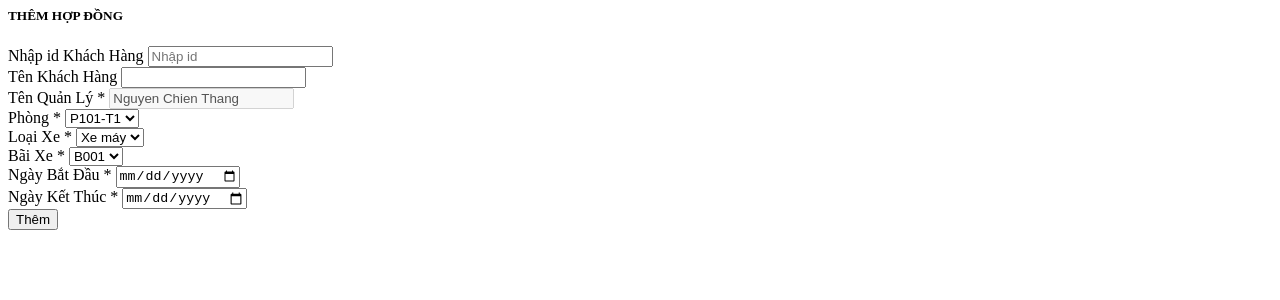
Repository: NguyenChienThangB1910143/QL_ChungCy
Page: http://localhost/hopdong/them
The author's editor kept a copy of each file at every save. The page is drawn from the files as they stood at one save, then again after the next save.
The browser window is 1280 px wide. The pictures show the whole page.
The page is served by the project's Laravel application, run on PHP 8.4 with Laravel 10. The first stored user is signed in. Other server files are loaded and not shown. The database holds what the project's SQL file puts in it. Queries for data that is not in the repository find no rows.

Above is the page before, as saved 2023-08-28 13:02:06.

### routes/web.php
<?php
use App\Http\Controllers\Auth\LogoutController;
use App\Http\Controllers\Auth\LoginController;
use App\Http\Controllers\BaiXeController;
use App\Http\Controllers\HomeController;
use App\Http\Controllers\HopDongController;
use App\Http\Controllers\PhongController;
use App\Http\Controllers\ThongKeController;
use App\Http\Controllers\TaiKhoanController;
use App\Http\Controllers\TangController;
use App\Http\Controllers\ToaController;
use Illuminate\Support\Facades\Route;

/*
|--------------------------------------------------------------------------
| Web Routes
|--------------------------------------------------------------------------
|
| Here is where you can register web routes for your application. These
| routes are loaded by the RouteServiceProvider and all of them will
| be assigned to the "web" middleware group. Make something great!
|
*/

Route::get('/', function () {
    return view('chungcu');
});
//router login
Route::get('/login', [LoginController::class, 'getLogin'])->name('login');;
Route::post('/login', [LoginController::class, 'postLogin'])->name('post-login');
Route::any('/forgotpassword', [LoginController::class, 'forgotpassword'])->name('forgot-password');
Route::group(['middleware' => 'auth'], function () {
    // router home
    Route::get('/', [HomeController::class, 'index'])->name('home');
    Route::get('/logout', [LogoutController::class, 'getLogout'])->name('logout');
    //phong
    Route::get('/phong', [PhongController::class, 'index'])->name('phong');
    Route::get('/phong/them', [PhongController::class, 'them'])->name('phong-them');
    Route::post('/phong/them', [PhongController::class, 'store'])->name('phong-store');
    Route::get('/phong/chinhsua/{id_phong}', [PhongController::class, 'chinhsua'])->name('phong-chinhsua');
    Route::post('/phong/update/{id_phong}', [PhongController::class, 'update'])->name('phong-update');
    // hop dong
    Route::get('/hopdong', [HopDongController::class, 'index'])->name('hopdong');
    Route::get('/hopdong/capnhat/{id_hopdong}', [HopDongController::class, 'capnhat'])->name('hopdong-capnhat');
    Route::post('/hopdong/update/{id_hopdong}', [HopDongController::class, 'update'])->name('hopdong-update');
    Route::get('/hopdong/them', [HopDongController::class, 'them'])->name('hopdong-them');
    Route::post('/hopdong/them', [HopDongController::class, 'store'])->name('hopdong-store');
    Route::get('/hopdong/chitiet/{id_hopdong}', [HopDongController::class, 'chitiet'])->name('hopdong-chitiet');
    // Tang
    Route::get('/tang', [TangController::class, 'index'])->name('tang');
    Route::get('/tang/them', [TangController::class, 'them'])->name('tang-them');
    Route::post('/tang/them', [TangController::class, 'store'])->name('tang-store');
    Route::get('/tang/chinhsua/{id_tang}', [TangController::class, 'chinhsua'])->name('tang-chinhsua');
    Route::post('/tang/update/{id_tang}', [TangController::class, 'update'])->name('tang-update');
    // tai khoan
    Route::get('/taikhoan', [TaiKhoanController::class, 'index'])->name('taikhoan');
    Route::get('/taikhoan/them', [TaiKhoanController::class, 'them'])->name('taikhoan-them');
    Route::post('/taikhoan/them', [TaiKhoanController::class, 'store'])->name('taikhoan-store');
    Route::get('/taikhoan/chinhsua/{id}', [TaiKhoanController::class, 'chinhsua'])->name('taikhoan-chinhsua');
    Route::post('/taikhoan/update/{id}', [TaiKhoanController::class, 'update'])->name('taikhoan-update');
    // thong ke
    Route::get('/thongke', [ThongKeController::class, 'index'])->name('thongke');
    // bai xe
    Route::get('/baixe', [BaiXeController::class, 'index'])->name('baixe');
    Route::get('/baixe/them', [BaiXeController::class, 'them'])->name('baixe-them');
    Route::post('/baixe/them', [BaiXeController::class, 'store'])->name('baixe-store');
    Route::get('/baixe/chinhsua/{id_baixe}', [BaiXeController::class, 'chinhsua'])->name('baixe-chinhsua');
    Route::post('/baixe/update/{id_baixe}', [BaiXeController::class, 'update'])->name('baixe-update');
    //toa
    Route::get('/toa', [ToaController::class, 'index'])->name('toa');
    Route::get('/toa/them', [ToaController::class, 'them'])->name('toa-them');
    Route::post('/toa/them', [ToaController::class, 'store'])->name('toa-store');
    Route::get('/toa/chinhsua/{id_toa}', [ToaController::class, 'chinhsua'])->name('toa-chinhsua');
    Route::post('/toa/update/{id_toa}', [ToaController::class, 'update'])->name('toa-update');

});

### app/Models/User.php
<?php

namespace App\Models;

// use Illuminate\Contracts\Auth\MustVerifyEmail;
use Illuminate\Database\Eloquent\Factories\HasFactory;
use Illuminate\Foundation\Auth\User as Authenticatable;
use Illuminate\Notifications\Notifiable;
use Laravel\Sanctum\HasApiTokens;

class User extends Authenticatable
{
    use HasApiTokens, HasFactory, Notifiable;

    protected $table = 'users';


    protected $primarykey = 'id';

    protected $fillable = [
        'name',
        'ngaysinh',
        'email',
        'sdt',
        'password',
        'quyen',
        'STK'
    ];

    public $timestamps = true;

    /**
     * The attributes that should be cast to native types.
     *
     * @var array
     */

    public function setPasswordAttribute($value)
    {
        $this->attributes['password'] = bcrypt($value);
    }
}

### app/Http/Controllers/HopDongController.php
<?php

namespace App\Http\Controllers;

use App\Http\Controllers\Controller;
use App\Models\BaiXe;
use Illuminate\Http\Request;
use App\Models\HopDong;
use App\Models\User;
use App\Models\Phong;
use Illuminate\Support\Facades\Auth;
use Session;
class HopDongController extends Controller
{
    public function index()
    {
        $title = 'Hợp Đồng';
        $breadcrumbs = [
            [
                'name' => 'Hợp Đồng',
                'link' => './hopdong'
            ]
        ];
        $hopdong = HopDong::join('users as user', 'user.id', '=', 'hopdong.id_user')
                  ->join('users as ql', 'ql.id', '=', 'hopdong.id_ql')
                  ->join('phong', 'phong.id_phong', '=', 'hopdong.id_phong')
                  ->join('baixe', 'baixe.id_baixe', '=', 'hopdong.id_baixe')
                  ->select(
                      'hopdong.*',
                      'user.name as ten_user',
                      'ql.name as ten_ql',
                      'phong.ten as ten_phong',
                      'baixe.ms as ms_baixe'
                  )
                  ->paginate(5);


        return view('hopdong/hopdong', compact('title', 'hopdong', 'breadcrumbs'));
    }
    public function capnhat(Request $request)
    {
        $title = 'Hợp Đồng';

        $breadcrumbs = [
            [
                'name' => 'Hợp đồng',
                'link' => '../'
            ], [
                'name' => 'Cập nhật',
                'link' => './' . $request->id_hopdong
            ]
        ];
        $capnhathopdong = HopDong::join('users as user', 'user.id', '=', 'hopdong.id_user')
        ->join('users as ql', 'ql.id', '=', 'hopdong.id_ql')
        ->join('phong', 'phong.id_phong', '=', 'hopdong.id_phong')
        ->join('baixe', 'baixe.id_baixe', '=', 'hopdong.id_baixe')
        ->select(
            'hopdong.*',
            'user.name as ten_user',
            'ql.name as ten_ql',
            'phong.ten as ten_phong',
            'baixe.ms as ms_baixe'
        )->where('id_hopdong', $request->id_hopdong)->get();

        return view('hopdong/capnhat', compact('title', 'capnhathopdong', 'breadcrumbs'));
    }
    public function update(Request $request)
    {
        // dd($request);
        $user = User::where('name', $request->ten_user)->first();
        $userql= User::Where('name',$request->ten_ql)->first();
        $phong = Phong::where('ten', $request->ten_phong)->first();
        $baixe = Baixe::where('ms', $request->ms_baixe)->first();
        $suahopdong = HopDong::where('id_hopdong', $request->id_hopdong)->update([
            'id_hopdong' => $request->id_hopdong,
            'id_user' => $user->id,
            'id_ql' => $userql->id,
            'id_phong' => $phong->id_phong,
            'id_baixe' => $baixe->id_baixe,
            'ngaybatdau' => $request->ngaybatdau,
            'ngayketthuc' => $request->ngayketthuc,
        ]);
        if ($suahopdong) {
            Session::flash('success', 'Cập nhật thành công.');
            return response()->json(['status' => 'success', 'message' => 'Cập nhật thành công.']);
        }

        return redirect()->route('hopdong')->with('success', 'Sửa không thành công, không được chỉnh sửa mã hợp đồng');
    }
    public function them()
    {
        $title = 'Hợp đồng';
        $breadcrumbs = [
            [
                'name' => 'Hợp đồng',
                'link' => './'
            ], [
                'name' => 'Thêm',
                'link' => './them'
            ]
        ];
        $hopdong = hopdong::get();
        $user =User::get();
        $baixe=BaiXe::get();
        $phong=Phong::get();
        return view('hopdong/them', compact('title', 'breadcrumbs', 'hopdong','user', 'phong', 'baixe'));
    }
    public function store(Request $request)
    {
        // Lấy id người dùng đang đăng nhập
         $id_ql = Auth::user()->id;

        // Lấy id người dùng được chọn từ request

        // Tạo hợp đồng mới
            $addhopdong = new HopDong();

            $addhopdong->id_user = $request->user;
            $addhopdong->id_ql = $id_ql;
            $addhopdong->id_phong = $request->phong;
            $addhopdong->id_baixe = $request->baixe;
            $addhopdong->ngaybatdau = $request->input('ngaybatdau');
            $addhopdong->ngayketthuc = $request->input('ngayketthuc');
            $addhopdong->save();

    // Hiển thị danh sách hợp đồng
    return redirect()->route('hopdong')->with('success', 'Thêm thành công');
}
public function chitiet(Request $request)
{
    $title = 'Hợp đồng';
    $breadcrumbs = [
        [
            'name' => 'Hợp đồng',
            'link' => '../'
        ], [
            'name' => 'Chi tiết',
            'link' => './' . $request->id_hopdong
        ]
    ];
    $chitiethopdong = HopDong::join('users as user', 'user.id', '=', 'hopdong.id_user')
    ->join('users as ql', 'ql.id', '=', 'hopdong.id_ql')
    ->join('phong', 'phong.id_phong', '=', 'hopdong.id_phong')
    ->join('baixe', 'baixe.id_baixe', '=', 'hopdong.id_baixe')
    ->select(
        'hopdong.*',
        'user.name as ten_user',
        'ql.name as ten_ql',
        'phong.ten as ten_phong',
        'baixe.ms as ms_baixe'
    )->where('id_hopdong', $request->id_hopdong)->get();

    return view('hopdong/chitiet', compact('title', 'chitiethopdong', 'breadcrumbs'));
}
}

### app/Models/HopDong.php
<?php

namespace App\Models;

use Illuminate\Database\Eloquent\Factories\HasFactory;
use Illuminate\Database\Eloquent\Model;

class HopDong extends Model
{
    use HasFactory;
    protected $table = 'hopdong';

    protected $primarykey = 'id_hopdong';

    protected $fillable = [
        'id_user',
        'id_phong',
        'id_baixe',
        'ngaybatdau',
        'ngayketthuc'
    ];
    public function hopdong_user()
    {
        return $this->hasOne(User::class, 'id_user' ,'id_user');
    }
    public function hopdong_phong()
    {
        return $this->hasOne(Phong::class, 'id_phong' ,'id_phong');
    }
    public function hopdong_baixe()
    {
        return $this->hasMany(BaiXe::class, 'id_baixe' ,'id_baixe');
    }
}

### app/Models/BaiXe.php
<?php

namespace App\Models;

use Illuminate\Database\Eloquent\Factories\HasFactory;
use Illuminate\Database\Eloquent\Model;

class BaiXe extends Model
{
    use HasFactory;
    protected $table= 'baixe';
    protected $primarykey = 'id_baixe';
    protected $fillable = [
        'ms',
        'loaixe',
        'tinhtrang',
        'gia',
    ];
    public function hopdong()
    {
        return $this->hasOne(HopDong::class, 'id_baixe' ,'id_baixe');
    }
}

### app/Models/Phong.php
<?php

namespace App\Models;

use Illuminate\Database\Eloquent\Factories\HasFactory;
use Illuminate\Database\Eloquent\Model;

class Phong extends Model
{
    use HasFactory;
    protected $table = 'phong';

    protected $primarykey = 'id_phong';

    protected $fillable = [
        'id_tang',
        'ten',
        'tinhtrang',
        'gia'
    ];
    public function phong_tang()
    {
        return $this->belongsTo(Tang::class, 'id_tang' ,'id_tang');
    }
    public function phong_hopdong()
    {
        return $this->hasMany(HopDong::class, 'id_phong', 'id_phong');
    }
}

### resources/views/hopdong/them.blade.php
<!-- Content -->
@csrf

<div class="container col-md-auto mt-2">
    <div class="alert alert-primary">
        <div class="row justify-content-center">
            <h5 class="text-center" id="side12">THÊM HỢP ĐỒNG</h5>
        </div>
        <div class="mb-3 option-user">
                <label class="form-label">Nhập id Khách Hàng</label>
                <input type="text" class="form-control" id="search" placeholder="Nhập id" list="userList" name="user">
                    <datalist id="userList">
                        @foreach($user as $user)
                        <option value="{{$user->id}}-{{$user->name}}">{{ $user->name }}
                        </option>
                        @endforeach
                    </datalist>
                </input>
        </div>
        <div class="mb-3 option-user">
                <label class="form-label">Tên Khách Hàng</label>
                <input type="text" class="form-control" id="search" name="user">
                </input>
        </div>

        <div class="mb-3 option-ql">
            <label class="form-label">Tên Quản Lý
                <span id="colorIcon">*</span>
            </label>
            <input disabled required class="form-control" type="text" name="ten_ql" value="{{Auth::user()->name}}">
        </div>
        <div class="mb-3 option-phong">
            <label class="form-label">Phòng
                <span id="colorIcon">*</span>
            </label>
            <select style="cursor: pointer;" class="form-control" aria-label="Default select example" id="phong" name="phong">
                @foreach($phong as $phong)
                <option value="{{$phong->id_phong}}">{{$phong->ten}}</option>
                @endforeach
            </select>
        </div>
        <div class="mb-3 option-loaixe">
    <label class="form-label">Loại Xe
        <span id="colorIcon">*</span>
    </label>
    <select style="cursor: pointer;" class="form-control" aria-label="Default select example" id="loaixe" name="loaixe">
        <option value="xe máy">Xe máy</option>
        <option value="ô tô">Ô tô</option>
    </select>
</div>

<div class="mb-3 option-baixe">
    <label class="form-label">Bãi Xe
        <span id="colorIcon">*</span>
    </label>
    <select style="cursor: pointer;" class="form-control" aria-label="Default select example" id="baixe" name="baixe">
        @foreach($baixe as $baixe)
            @if($baixe->loaixe == 'Xe máy')
                <option value="{{$baixe->id_baixe}}">{{$baixe->ms}}</option>
            @endif
        @endforeach
    </select>
</div>
        <div class="mb-3 option-ngaybatdau">
            <label class="form-label">Ngày Bắt Đầu
                <span id="colorIcon">*</span>
            </label>
            <input required class="form-control" type="date" name="ngaybatdau">
        </div>
        <div class="mb-3 option-ngayketthuc">
            <label class="form-label">Ngày Kết Thúc
                <span id="colorIcon">*</span>
            </label>
            <input required class="form-control" type="date" name="ngayketthuc">
        </div>
        <div class="row justify-content-center">
            <button type="submit" class="btn btn-success col-md-5" id="">Thêm</button>
        </div>
    </div>
</div>
<script>
    // Lắng nghe sự kiện thay đổi giá trị của trường loaixe
    document.getElementById('loaixe').addEventListener('change', function() {
        // Lấy giá trị của trường loaixe
        var loaixe = this.value;

        // Lấy danh sách các option trong trường baixe
        var options = document.querySelectorAll('#baixe option');

        // Duyệt qua từng option
        options.forEach(function(option) {
            // Lấy giá trị của option
            var value = option.value;

            // Tìm bãi xe tương ứng với giá trị của option
            var baixe = @json($baixe).find(function(baixe) {
                return baixe.id_baixe == value;
            });

            // Nếu bãi xe có loại xe khớp với giá trị của trường loaixe
            if (baixe.loaixe == loaixe) {
                // Hiển thị option
                option.style.display = 'block';
            } else {
                // Ẩn option
                option.style.display = 'none';
            }
        });
    });
    // Lấy phần tử input và datalist
const searchInput = document.querySelector('#search');
const userList = document.querySelector('#userList');

// Lắng nghe sự kiện 'input' trên phần tử input
searchInput.addEventListener('input', function() {
    // Lấy giá trị của phần tử input
    const searchValue = searchInput.value.trim().toLowerCase();

    // Lọc danh sách người dùng dựa trên giá trị tìm kiếm
    const filteredUsers = users.filter(function(user) {
        return user.name.toLowerCase().includes(searchValue);
    });

    // Cập nhật danh sách tùy chọn trong phần tử datalist
    userList.innerHTML = '';
    for (const user of filteredUsers) {
        const option = document.createElement('option');
        option.value = user.name;
        userList.appendChild(option);
    }
});
</script>

### chungcutest.sql (the tables this page reads)
CREATE TABLE `baixe` (
  `id_baixe` int(11) NOT NULL,
  `ms` varchar(255) NOT NULL,
  `loaixe` varchar(255) NOT NULL,
  `tinhtrang` int(11) DEFAULT NULL,
  `gia` double NOT NULL,
  `created_at` timestamp NULL DEFAULT NULL,
  `updated_at` timestamp NULL DEFAULT NULL
) ENGINE=InnoDB DEFAULT CHARSET=utf8mb4 COLLATE=utf8mb4_general_ci;

INSERT INTO `baixe` (`id_baixe`, `ms`, `loaixe`, `tinhtrang`, `gia`, `created_at`, `updated_at`) VALUES
(3, 'A001', 'Ô tô', 0, 100000, '2023-12-04 21:37:57', '2023-12-04 21:37:57'),
(4, 'B001', 'Xe máy', 0, 50000, '2023-12-04 21:38:21', '2023-12-04 21:38:21');

ALTER TABLE `baixe`
  ADD PRIMARY KEY (`id_baixe`);

ALTER TABLE `baixe`
  MODIFY `id_baixe` int(11) NOT NULL AUTO_INCREMENT, AUTO_INCREMENT=5;

CREATE TABLE `phong` (
  `id_phong` int(11) NOT NULL,
  `ten` varchar(255) NOT NULL,
  `id_tang` int(11) NOT NULL,
  `tinhtrang` int(11) DEFAULT NULL,
  `created_at` timestamp NULL DEFAULT NULL,
  `updated_at` timestamp NULL DEFAULT NULL
) ENGINE=InnoDB DEFAULT CHARSET=utf8mb4 COLLATE=utf8mb4_general_ci;

INSERT INTO `phong` (`id_phong`, `ten`, `id_tang`, `tinhtrang`, `created_at`, `updated_at`) VALUES
(8, 'P101-T1', 4, 0, '2023-12-04 21:35:05', '2023-12-04 21:35:05'),
(9, 'P102-T1', 4, 0, '2023-12-04 21:35:30', '2023-12-04 21:35:30'),
(10, 'P103-T1', 4, 0, '2023-12-04 21:35:52', '2023-12-04 21:35:52'),
(11, 'P104-T1', 4, 0, '2023-12-04 21:36:18', '2023-12-04 21:36:18'),
(12, 'P105-T1', 4, 0, '2023-12-04 21:36:44', '2023-12-04 21:36:44');

ALTER TABLE `phong`
  ADD PRIMARY KEY (`id_phong`);

ALTER TABLE `phong`
  MODIFY `id_phong` int(11) NOT NULL AUTO_INCREMENT, AUTO_INCREMENT=13;

CREATE TABLE `users` (
  `id` int(11) NOT NULL,
  `name` varchar(255) NOT NULL,
  `ngaysinh` date DEFAULT NULL,
  `email` varchar(255) NOT NULL,
  `sdt` varchar(20) NOT NULL,
  `password` varchar(255) NOT NULL,
  `quyen` int(11) NOT NULL,
  `STK` varchar(255) NOT NULL,
  `trangthai` int(11) DEFAULT NULL,
  `created_at` timestamp NULL DEFAULT NULL,
  `updated_at` timestamp NULL DEFAULT NULL
) ENGINE=InnoDB DEFAULT CHARSET=utf8mb4 COLLATE=utf8mb4_general_ci;

INSERT INTO `users` (`id`, `name`, `ngaysinh`, `email`, `sdt`, `password`, `quyen`, `STK`, `trangthai`, `created_at`, `updated_at`) VALUES
(1, 'Nguyen Chien Thang', '2001-03-26', 'nguyenchienthang2632001@gmail.com', '0582427509', '$2y$10$SxP62ScawJ1/0p5Z1a.abuD/SD6Jx6i3fLJ7hGurI5XMRNDW/E402', 0, '6546545466', 1, NULL, '2023-11-27 04:43:20'),
(6, 'Nguyen Van A', '2023-12-08', 'a@gmail.com', '0545154815', '$2y$10$886oVFZFLkfpyjHaJsEDcOHqhUWV8BBoecl2p44Z5ZqfF5W31yTzK', 2, '165512185151', 1, '2023-12-08 00:41:54', '2023-12-08 00:41:54');

ALTER TABLE `users`
  ADD PRIMARY KEY (`id`);

ALTER TABLE `users`
  MODIFY `id` int(11) NOT NULL AUTO_INCREMENT, AUTO_INCREMENT=7;

Loaded but not shown: app/Providers/AppServiceProvider.php (common file); app/Http/Controllers/Controller.php (common file)

After the next save:
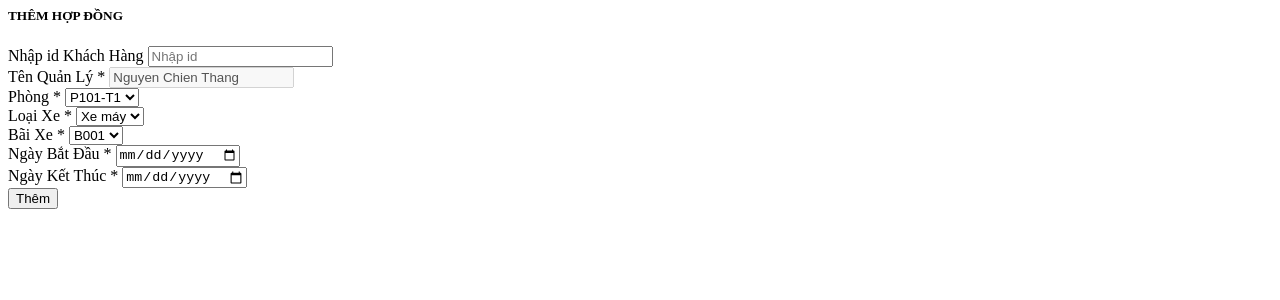
Saved 4 min 11 s later.
--- a/resources/views/hopdong/them.blade.php
+++ b/resources/views/hopdong/them.blade.php
@@ -11,18 +11,11 @@
                 <input type="text" class="form-control" id="search" placeholder="Nhập id" list="userList" name="user">
                     <datalist id="userList">
                         @foreach($user as $user)
-                        <option value="{{$user->id}}-{{$user->name}}">{{ $user->name }}
-                        </option>
+                        <option value="{{$user->id}}">{{ $user->name }}</option>
                         @endforeach
                     </datalist>
                 </input>
         </div>
-        <div class="mb-3 option-user">
-                <label class="form-label">Tên Khách Hàng</label>
-                <input type="text" class="form-control" id="search" name="user">
-                </input>
-        </div>
-
         <div class="mb-3 option-ql">
             <label class="form-label">Tên Quản Lý
                 <span id="colorIcon">*</span>
